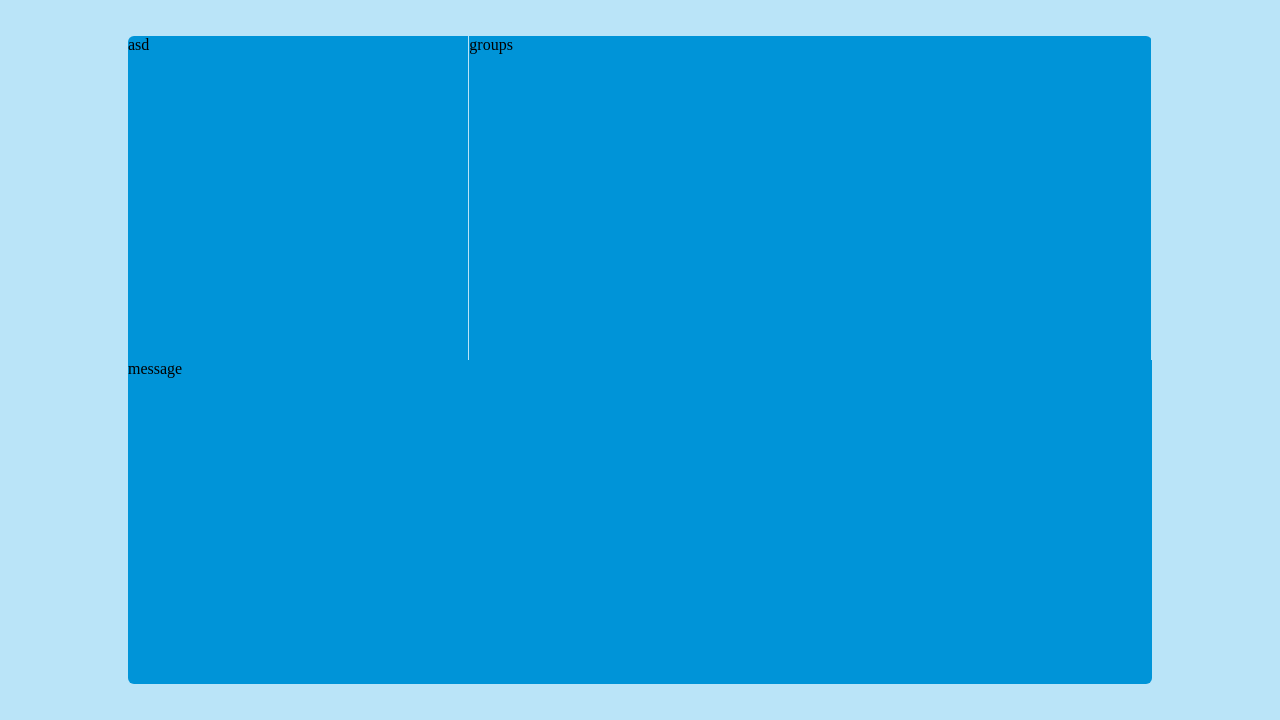
Repository: arafat877/super-chat
Page: /
An editor plug-in stored every save of this project. The page is shown before and after the next save, followed by the edit.
The browser window is 1280 px wide. The pictures show the whole page.
The project was rebuilt for these pictures with package versions that can differ from the ones it lists, and the page was loaded fresh each time.

Above is the page before, as saved 2020-08-04 21:51:39.

### public/index.html
<!DOCTYPE html>
<html lang="en">
  <head>
    <meta charset="utf-8" />
    <meta name="viewport" content="width=device-width, initial-scale=1" />
    <meta name="theme-color" content="#000000" />
    <meta
      name="description"
      content="Chat application with node.js, express, react.js, mongoDb and socket.io"
    />
    <link rel="stylesheet" href="styles.css">
    <title>Super Chat</title>
  </head>
  <body>
    <noscript>You need to enable JavaScript to run this app.</noscript>
    <div id="root"></div>
  </body>
</html>

### src/App.js
import React from 'react';
import './App.scss';

function App() {
  return (
    <div className="appContainer">
      <div className="appWrapper">
        <div className="mainColumn">asd</div>
        <div className="conversationsColumn">groups</div>
        <div className="messagesColumn">message</div>
      </div>
    </div>
  );
}

export default App;

### src/App.scss
:root {
  --main-bg-light: rgb(186, 228, 248);
  --main-bg-dark: rgb(32, 55, 66);
  --main-bg-hot: rgb(204, 98, 79);
  --main-bg-sweet: rgb(198, 255, 164);

  --wrapper-bg-light: rgb(0, 148, 216);
}

.appContainer {
  height: 100vh;
  background-color: var(--main-bg-light);
  display: flex;

  .appWrapper {
    height: 90vh;
    width: 80vw;
    background-color: var(--wrapper-bg-light);
    border-radius: 6px;
    margin: auto;
    display: grid;
    grid-template-columns: repeat(3, 1fr);

    .mainColumn {
      border-right: solid thin var(--main-bg-light);
      grid-column-start: 1;
      grid-column-end: 2;
    }

    .conversationsColumn {
      border-right: solid thin var(--main-bg-light);
      grid-column-start: 2;
      grid-column-end: 4;
    }
  }
}

Loaded but not shown: src/index.js (common file); public/styles.css (common file)

After the next save:
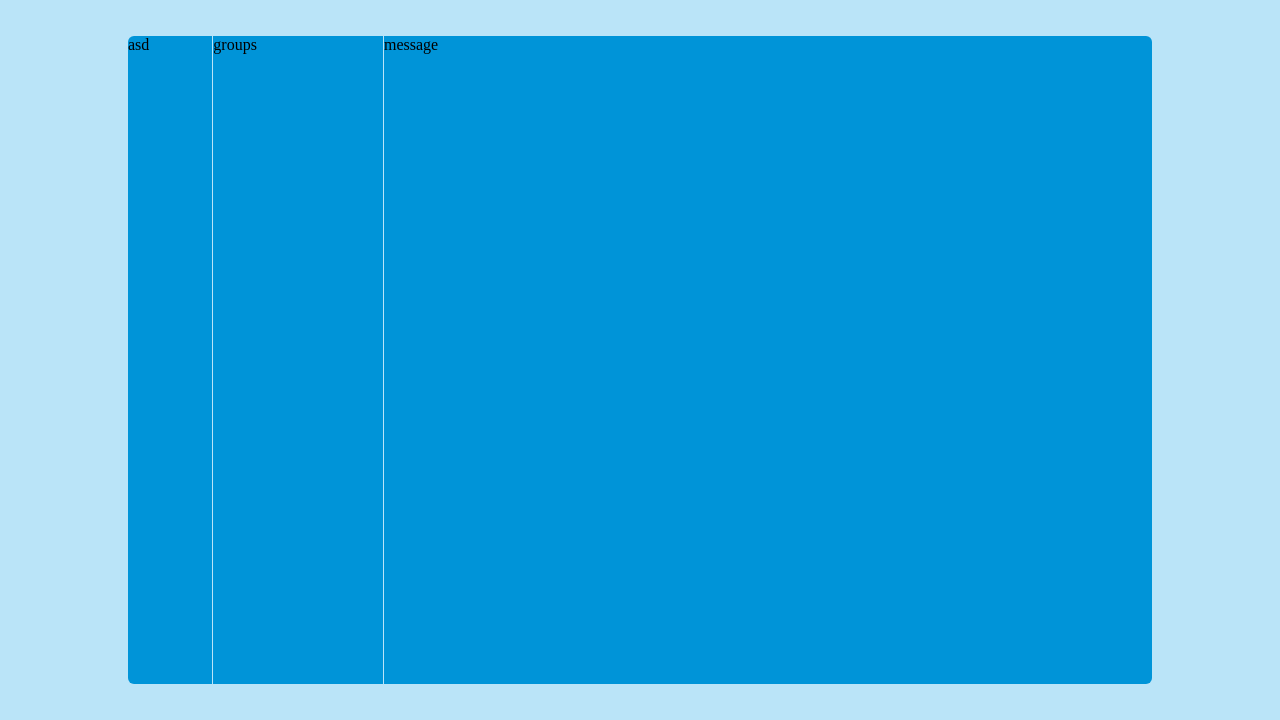
Saved 24 s later.
--- a/src/App.scss
+++ b/src/App.scss
@@ -19,7 +19,7 @@
     border-radius: 6px;
     margin: auto;
     display: grid;
-    grid-template-columns: repeat(3, 1fr);
+    grid-template-columns: repeat(12, 1fr);
 
     .mainColumn {
       border-right: solid thin var(--main-bg-light);
